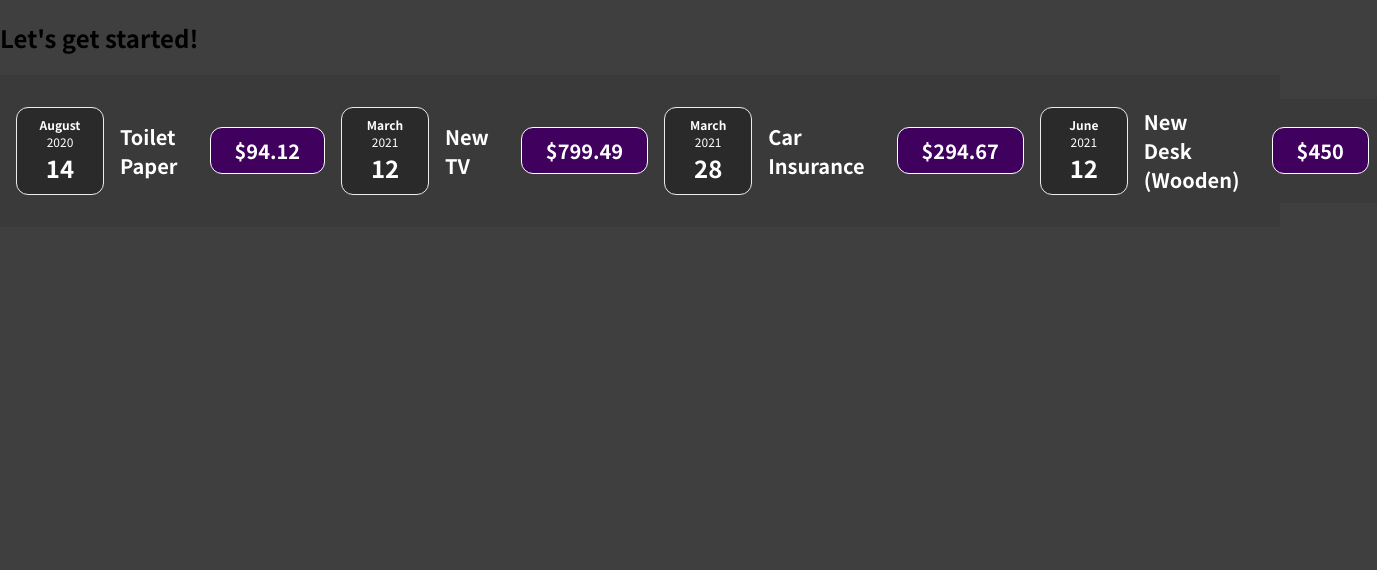
Repository: pial0007l/React
Page: / (app in 01-starting-setup/)
The author's editor kept a copy of each file at every save. The page is drawn from the files as they stood at one save, then again after the next save.
The browser window is 1280 px wide. The page is 1377 px wide, then 1280 px, so the pictures cover 1377 px, including what lies to the right of the window. The pictures show the whole page.
The project was rebuilt for these pictures with package versions that can differ from the ones it lists, and the page was loaded fresh each time.

Above is the page before, as saved 2021-07-03 14:36:33.

### 01-starting-setup/src/App.js
import Expenses from './components/Expenses'

function App() {
  const expenses = [
    {
      id: 'e1',
      title: 'Toilet Paper',
      amount: 94.12,
      date: new Date(2020, 7, 14),
    },
    { id: 'e2', title: 'New TV', amount: 799.49, date: new Date(2021, 2, 12) },
    {
      id: 'e3',
      title: 'Car Insurance',
      amount: 294.67,
      date: new Date(2021, 2, 28),
    },
    {
      id: 'e4',
      title: 'New Desk (Wooden)',
      amount: 450,
      date: new Date(2021, 5, 12),
    },
  ];
  return (
    <div>
      <h2>Let's get started!</h2>
      <Expenses expenses = {expenses}/>


    </div>
  );
}

export default App;

### 01-starting-setup/src/components/Expenses.js
import ExpenseItem from './ExpenseItem'
import './ExpenseItem.css'


function Expenses(props){
    return(
        <div className="expense-item ">
            <ExpenseItem
                title = {props.expenses[0].title}
                date = {props.expenses[0].date}
                amount = {props.expenses[0].amount}
            />
            <ExpenseItem
                title = {props.expenses[1].title}
                date = {props.expenses[1].date}
                amount = {props.expenses[1].amount}
            />
            <ExpenseItem
                title = {props.expenses[2].title}
                date = {props.expenses[2].date}
                amount = {props.expenses[2].amount}
            />
            <ExpenseItem
                title = {props.expenses[3].title}
                date = {props.expenses[3].date}
                amount = {props.expenses[3].amount}
            />
        </div>
    );
}

export default Expenses;

### 01-starting-setup/src/components/ExpenseItem.js
import './ExpenseItem.css'
import ExpenseDate from './ExpenseDate'

function ExpenseItem(props){

    return (
        <div className="expense-item">
             <ExpenseDate date = {props.date}/>
             <div className='expense-item__description'>
                 <h2>{props.title}</h2>
                 <div className='expense-item__price'>${props.amount}</div>
             </div>
        </div>

    );
}

export default ExpenseItem;

### 01-starting-setup/src/components/Expenses/ExpenseItem.css
.expense-item {
    display: flex;
    justify-content: space-between;
    align-items: center;
    background-color: #3a3a3a;
    padding: 0.5rem;
    margin: 1rem 0;
  }

  .expense-item__description {
    display: flex;
    flex-direction: column;
    gap: 1rem;
    align-items: flex-end;
    flex-flow: column-reverse;
    justify-content: flex-start;
    flex: 1;
  }

  .expense-item h2 {
    color: #3a3a3a;
    font-size: 1rem;
    flex: 1;
    margin: 0 1rem;
    color: white;
  }

  .expense-item__price {
    font-size: 1rem;
    font-weight: bold;
    color: white;
    background-color: #40005d;
    border: 1px solid white;
    padding: 0.5rem;
    border-radius: 12px;
  }

  @media (min-width: 580px) {
    .expense-item__description {
      flex-direction: row;
      align-items: center;
      justify-content: flex-start;
      flex: 1;
    }

    .expense-item__description h2 {
      font-size: 1.25rem;
    }

    .expense-item__price {
      font-size: 1.25rem;
      padding: 0.5rem 1.5rem;
    }
  }

### 01-starting-setup/src/components/ExpenseDate.js
import './ExpenseDate.css'

function ExpenseDate(props){
    const month = props.date.toLocaleString('en-US',{month: 'long'});
    const day  = props.date.toLocaleString('en-US',{day: '2-digit'});
    const year = props.date.getFullYear();

    return(
            <div className= "expense-date">
                 <div className="expense-date__month">{month}</div>
                 <div className="expense-date__year">{year}</div>
                 <div className="expense-date__day">{day}</div>
             </div>
    )
}

export default ExpenseDate;

Loaded but not shown: 01-starting-setup/public/index.html (common file); 01-starting-setup/src/index.js (common file); 01-starting-setup/src/index.css (common file); 01-starting-setup/src/components/ExpenseDate.css (common file)

After the next save:
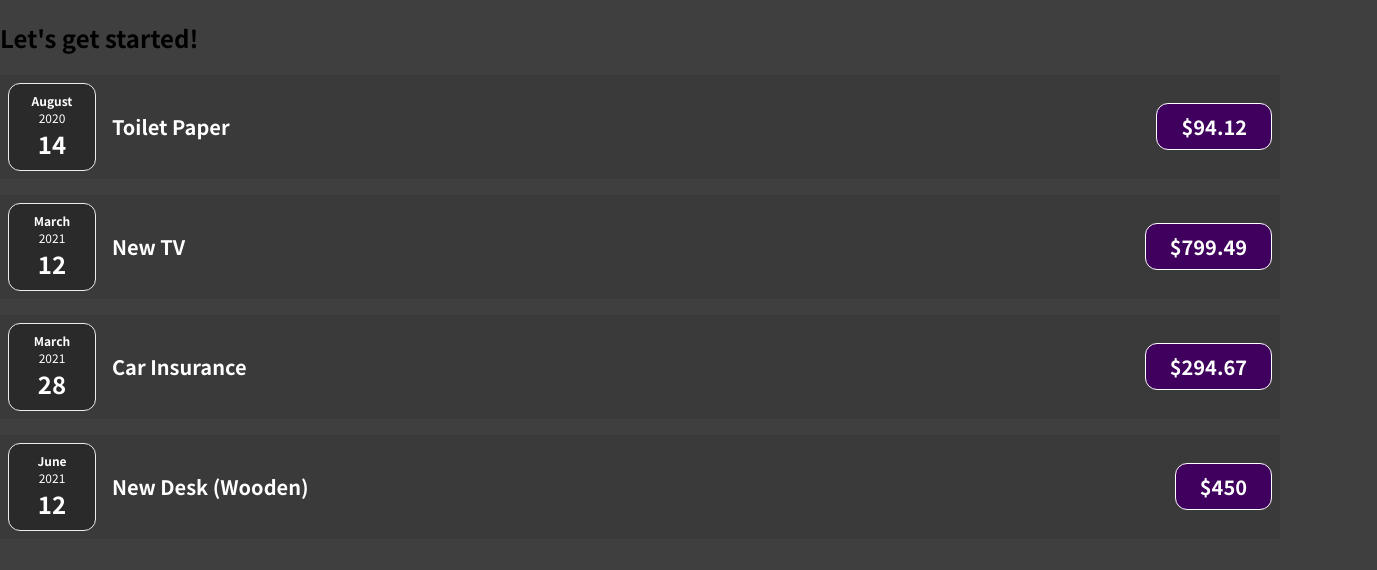
Saved 2 min 16 s later.
--- a/01-starting-setup/src/components/Expenses.js
+++ b/01-starting-setup/src/components/Expenses.js
@@ -4,7 +4,7 @@ import './ExpenseItem.css'
 
 function Expenses(props){
     return(
-        <div className="expense-item ">
+        <div>
             <ExpenseItem
                 title = {props.expenses[0].title}
                 date = {props.expenses[0].date}
